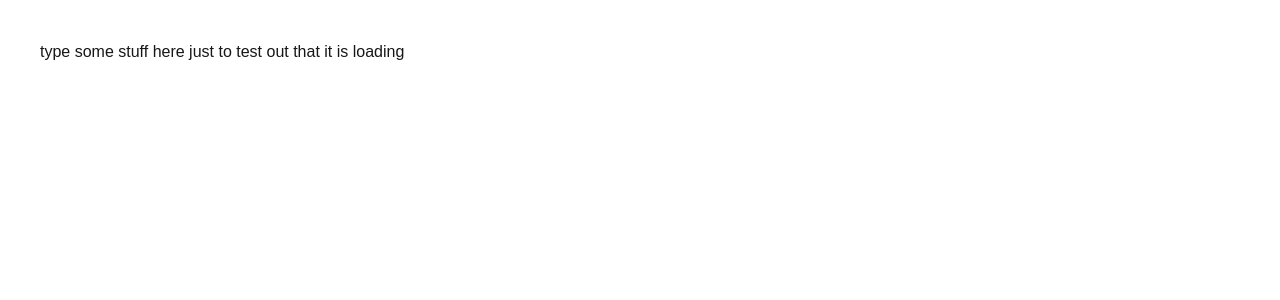
Repository: MonicaNguyenH/MDIA3126
Page: / (app in midterm-prep/)
The author's editor kept a copy of each file at every save. The page is drawn from the files as they stood at one save, then again after the next save.
The browser window is 1280 px wide. The pictures show the whole page.
The project was rebuilt for these pictures with package versions that can differ from the ones it lists, and the page was loaded fresh each time. The framework's server and built-in components were replaced by stand-ins that run in the browser. Also part of the build but not shown: midterm-prep/next.config.mjs.

Above is the page before, as saved 2024-10-29 13:59:03.

After the next save:
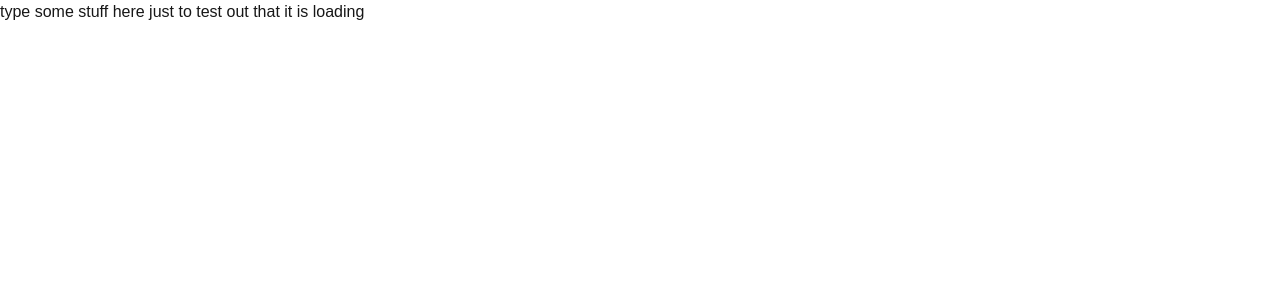
Saved 10 s later.
--- a/midterm-prep/src/app/page.js
+++ b/midterm-prep/src/app/page.js
@@ -2,7 +2,7 @@ import Image from "next/image";
 
 export default function Home() {
   return (
-    <div className="m-10">
+    <div className="m-30">
       type some stuff here just to test out that it is loading
     </div>
   );
